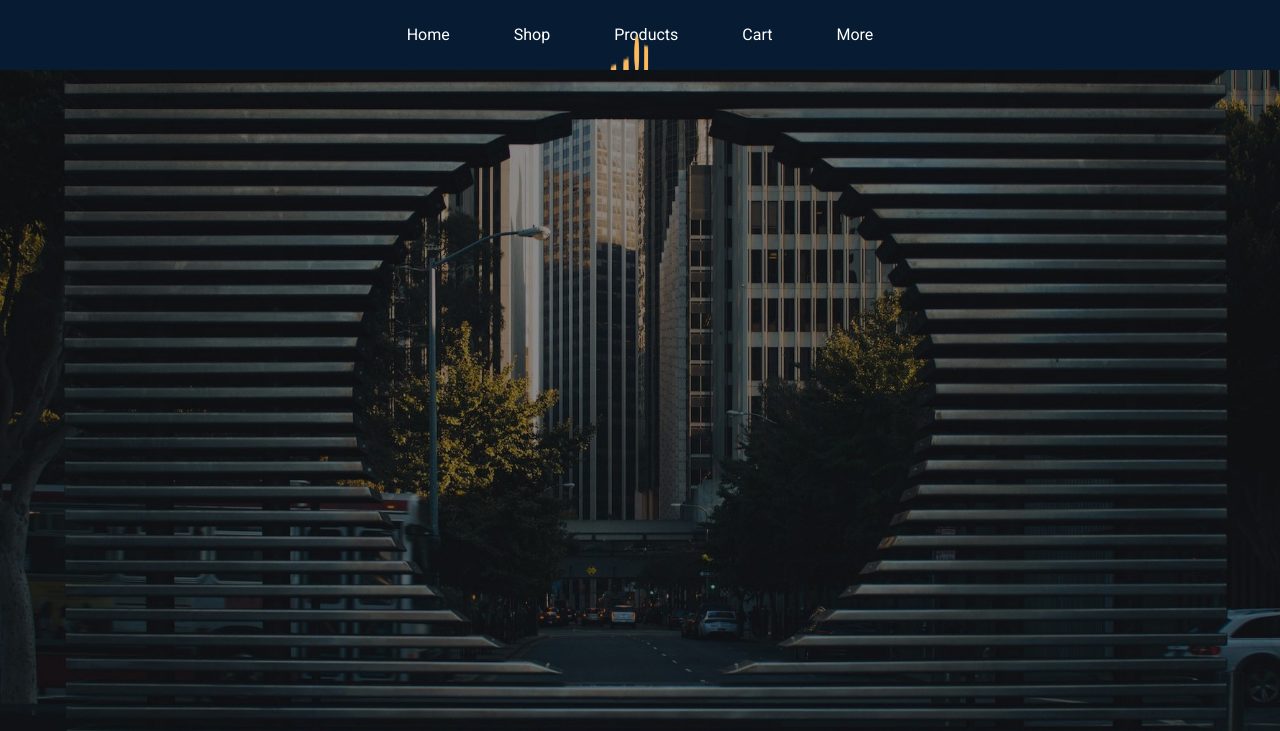
Repository: haiduong7499/Personal-Profile
Page: index.html
The author's editor kept a copy of each file at every save. The page is drawn from the files as they stood at one save, then again after a run of saves.
The browser window is 1280 px wide. The pictures show the whole page.

Above is the page before, as saved 2021-02-27 16:55:19.

### index.html
<!DOCTYPE html>
<html lang="en">
<head>
    <meta charset="UTF-8">
    <meta http-equiv="X-UA-Compatible" content="IE=edge">
    <meta name="viewport" content="width=device-width, initial-scale=1.0">
    <link rel="stylesheet" href="style/style.css">
    <link rel="stylesheet" href="style/base.css">
    <link rel="preconnect" href="https://fonts.gstatic.com">
    <link rel="preconnect" href="https://fonts.gstatic.com">
<link href="https://fonts.googleapis.com/css2?family=Roboto:wght@400;700&display=swap" rel="stylesheet">
    <title>Project</title>
</head>
<body>
    <div id="header">
        <img src="./asset/5c0eefeb-053e-4086-8d42-7e5a35580c82_200x200.png" alt="">
            <ul id="navbar">
                <li><a href="">Home</a></li>
                <li><a href="">Shop</a></li>
                <li><a href="">Products</a></li>
                <li><a href="">Cart</a></li>
                <li><a href="">More</a></li>
            </ul>
    </div>

    <div class="banner">
        <img src="./asset/home-parallax.jpg" alt="">
    </div>


</body>
</html>

### style/style.css
*{
    padding: 0;
    margin: 0;
    box-sizing: border-box;
}
html{
    font-family: 'Roboto', sans-serif;
}

#header {
    display:flex;
    justify-content: space-around;
    width: 100%;
    height:70px;
    background:#071C33;
    position: relative;
}
#header img{
    top: 8px;
    width: 5.5%;
    height: 75%;
    position: fixed;
    line-height:70px;
}

#navbar li {
    list-style: none;
    line-height: 70px;
    display:inline-block;
}

#navbar li a{
    display: inline-block;
    padding: 0 30px;
    line-height: 70px;
    text-decoration: none;
    color: #fff;
}
#navbar li:hover a{
    background-color: #fcb85d;
    color: #071C33;
}

.banner{

}

.banner img{
    position: absolute;
    width:100%;
}

Loaded but not shown: style/base.css (no stored copy; drawn as an empty file)

After the next 2 saves:
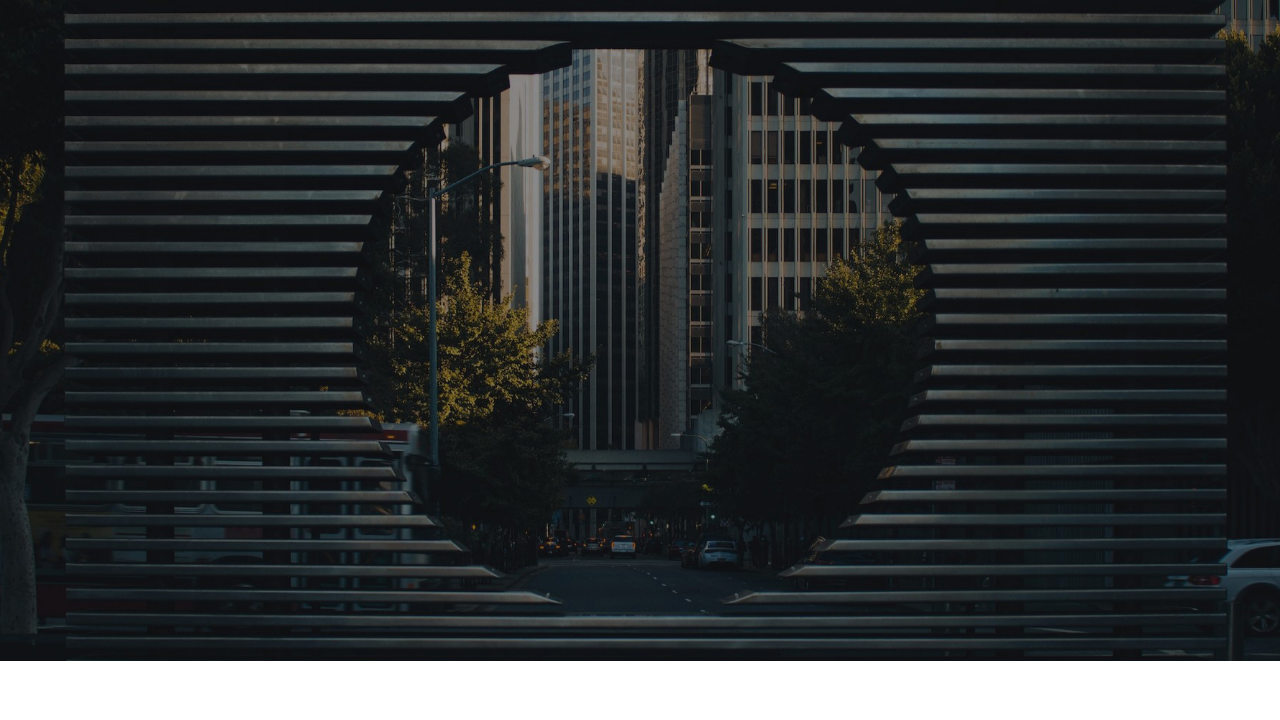
The 2 saves are shown as one change because they came seconds apart.
The last was saved 12 s later.
--- a/style/style.css
+++ b/style/style.css
@@ -13,13 +13,13 @@
     width: 100%;
     height:70px;
     background:#071C33;
-    position: relative;
+    position: fixed;
 }
 #header img{
     top: 8px;
     width: 5.5%;
     height: 75%;
-    position: fixed;
+    position: relative;
     line-height:70px;
 }
 

After the save that followed:
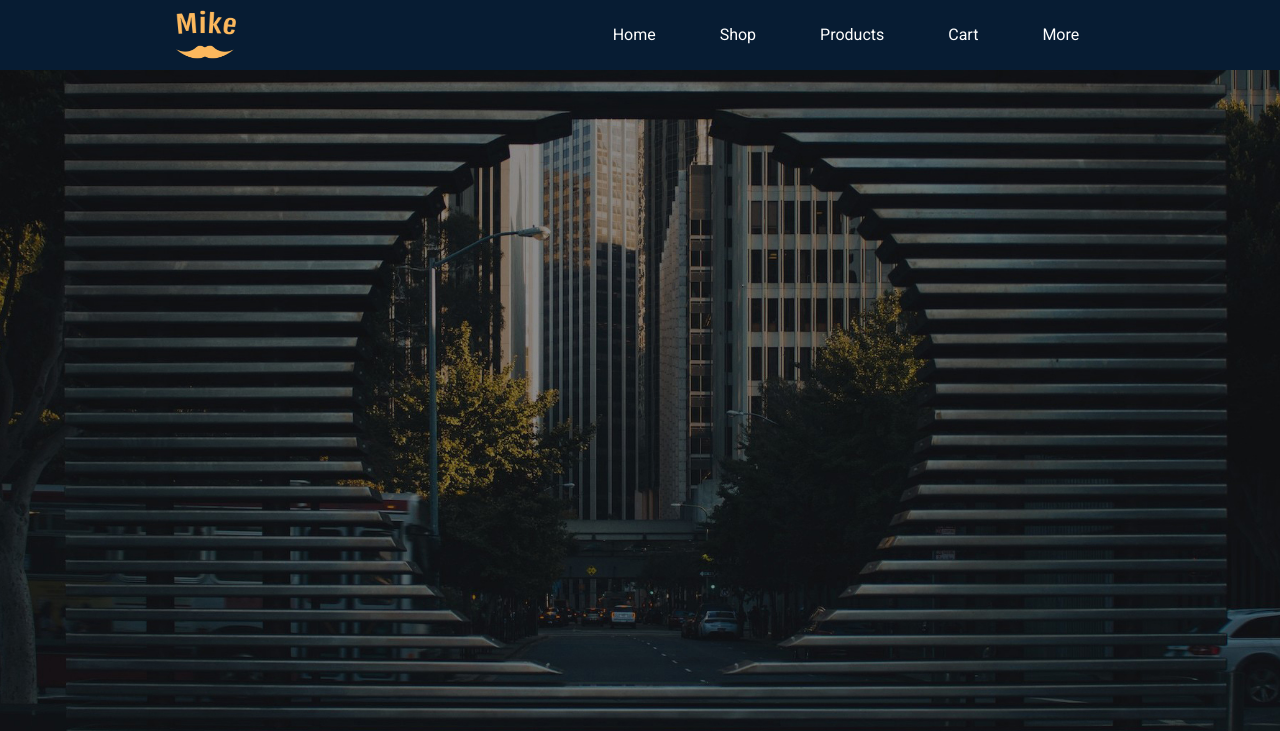
Saved 4 s later.
--- a/style/style.css
+++ b/style/style.css
@@ -13,7 +13,7 @@
     width: 100%;
     height:70px;
     background:#071C33;
-    position: fixed;
+    position: relative;
 }
 #header img{
     top: 8px;
